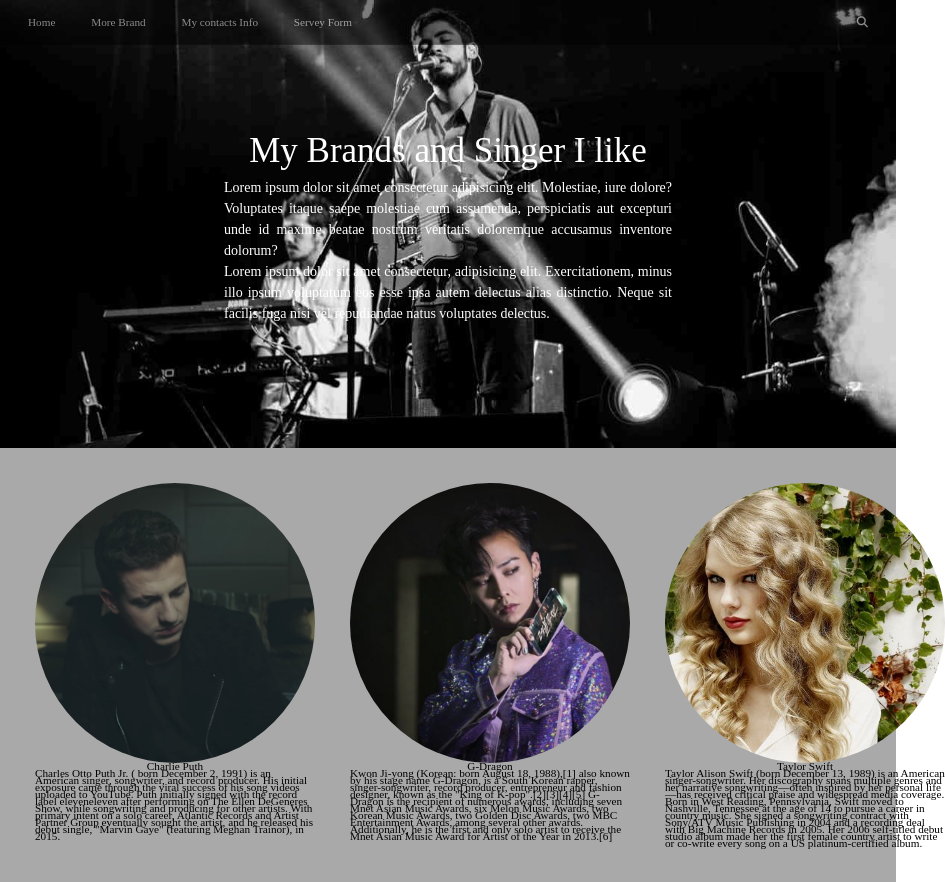
Repository: MinChea36/asm
Page: ASSM1.html
An editor plug-in stored every save of this project. The page is shown before and after the next save, followed by the edit.
The browser window is 1280 px wide. The page is 1350 px wide, so the pictures cover 1350 px, including what lies to the right of the window. The pictures show the whole page, at 70% of full size.

Above is the page before, as saved 2022-09-22 22:34:21.

After the next save:
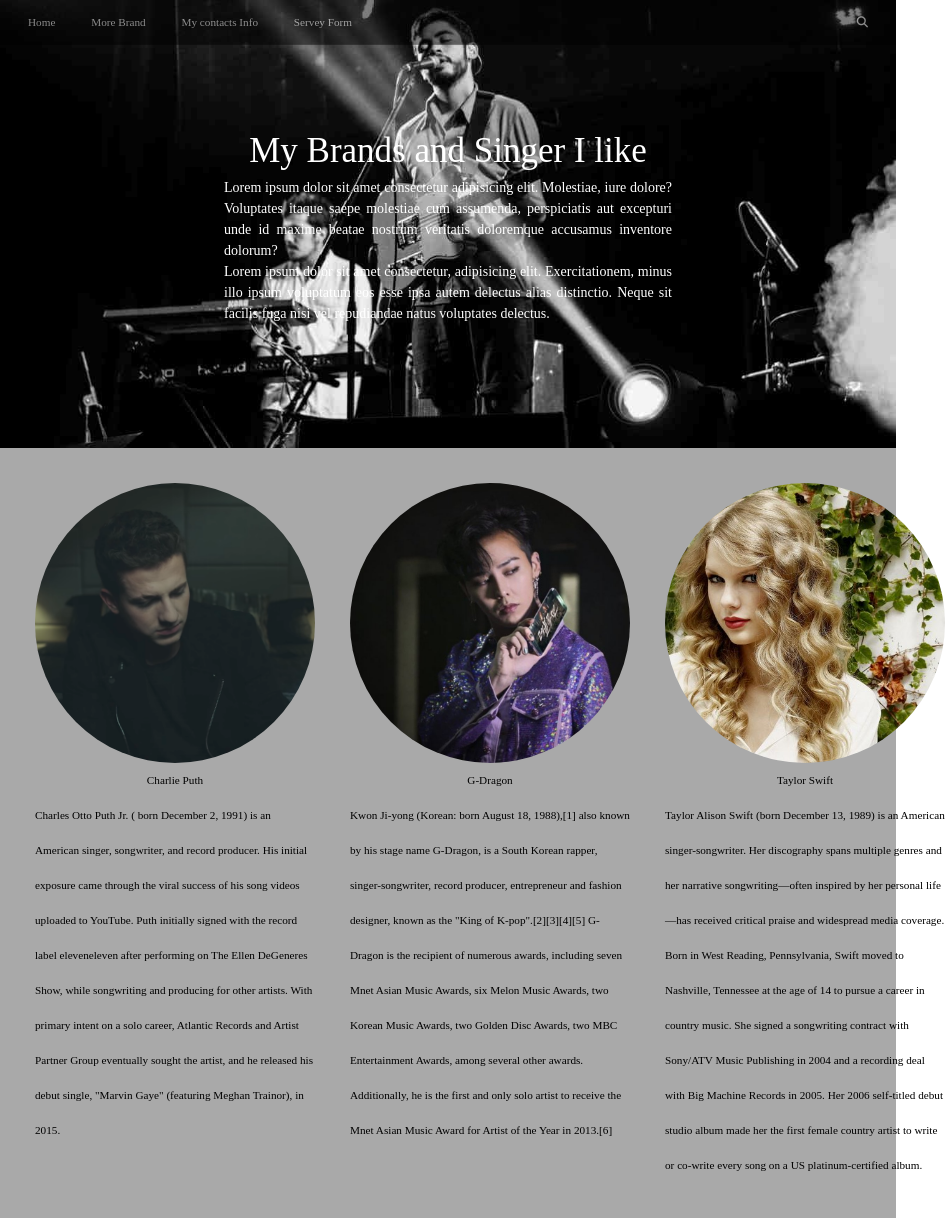
Saved 4 s later.
--- a/style.css
+++ b/style.css
@@ -52,7 +52,7 @@
     grid-column-gap: 50px;
     padding: 50px 50px;
     background-color:darkgrey;
-    line-height: 10px;
+    line-height: 50px;
 }
 .singers-text h2 {
     text-align: center;
